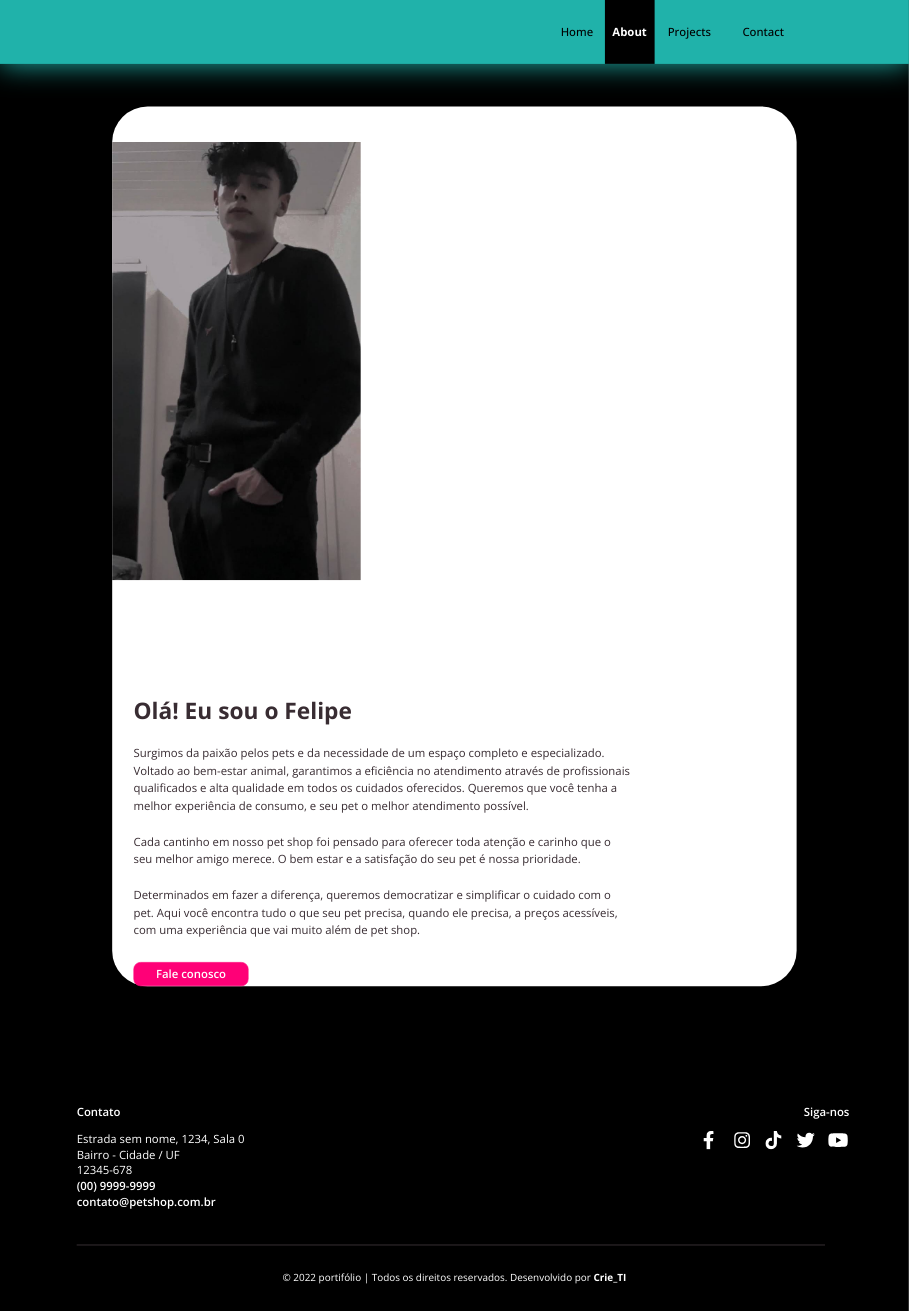
Repository: Fel1pit0/CRIE_TI
Page: Projetos/Portifólio/about.html
An editor plug-in stored every save of this project. The page is shown before and after the next save, followed by the edit.
The browser window is 1280 px wide. The pictures show the whole page, at 71% of full size.

Above is the page before, as saved 2022-05-25 14:53:39.

After the next save:
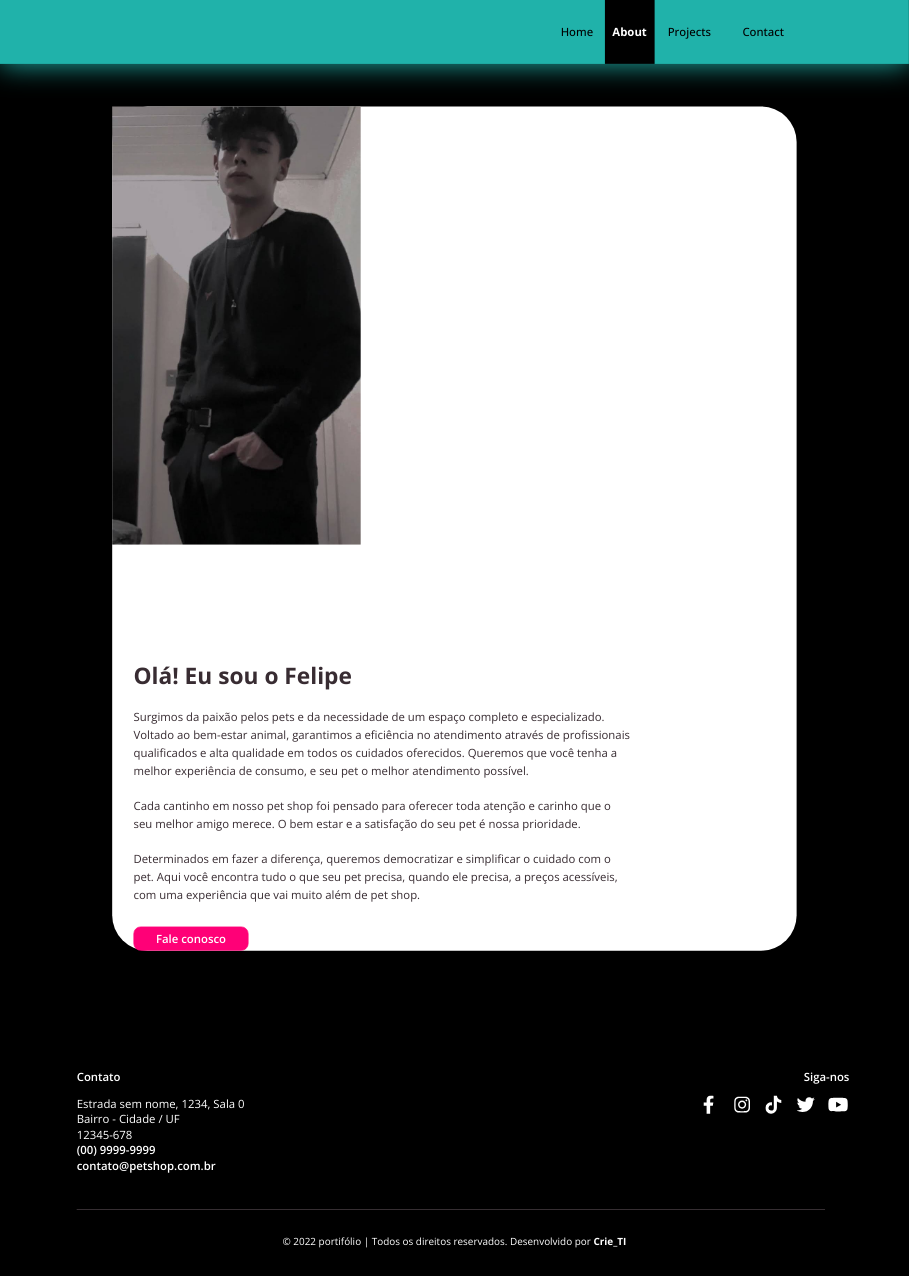
Saved 9 s later.
--- a/Projetos/Portifólio/styles.css
+++ b/Projetos/Portifólio/styles.css
@@ -298,7 +298,7 @@ footer{
   display: inline-block;
   width: 350px;
   height: auto;
-  padding: 50px 0 0 0px;
+  padding: 50px 50 0 30px
 }
 .desc-about{
   display: inline-block;
